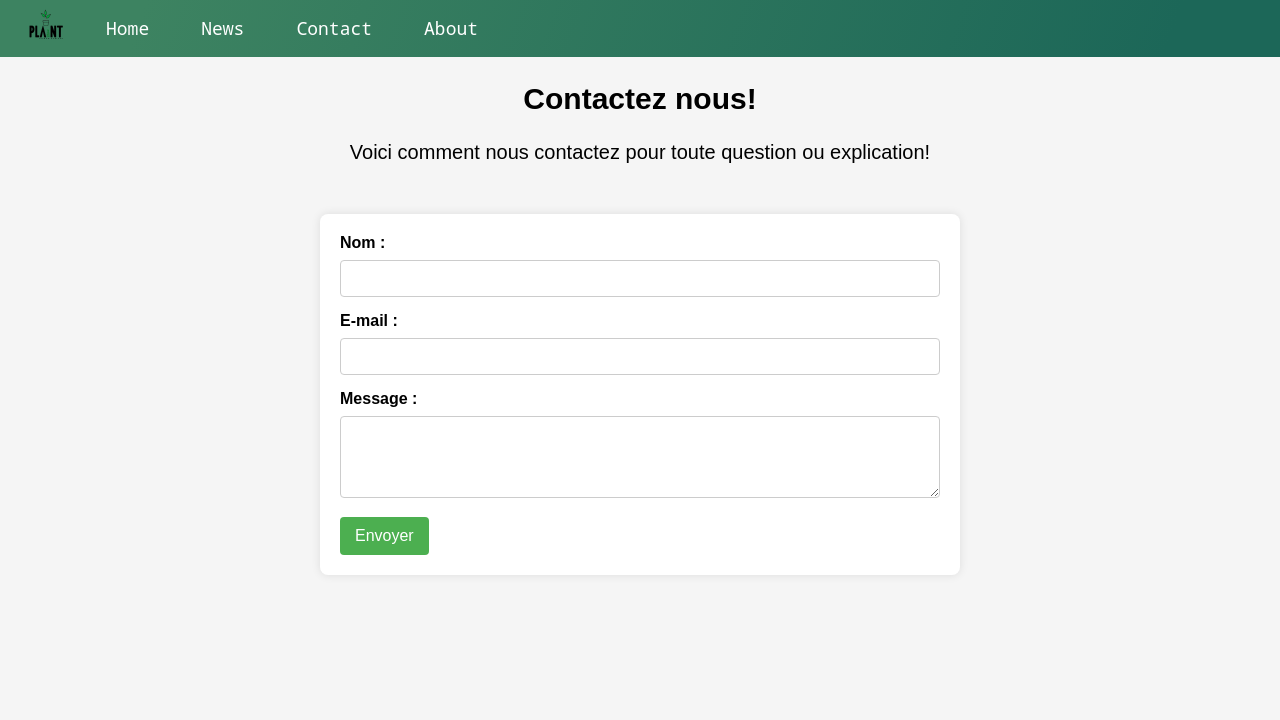
Repository: Flexo874/ISITECH-HTML-CSS
Page: contact/contact.html
An editor plug-in stored every save of this project. The page is shown before and after the next save, followed by the edit.
The browser window is 1280 px wide. The pictures show the whole page.

Above is the page before, as saved 2024-01-04 12:29:31.

After the next save:
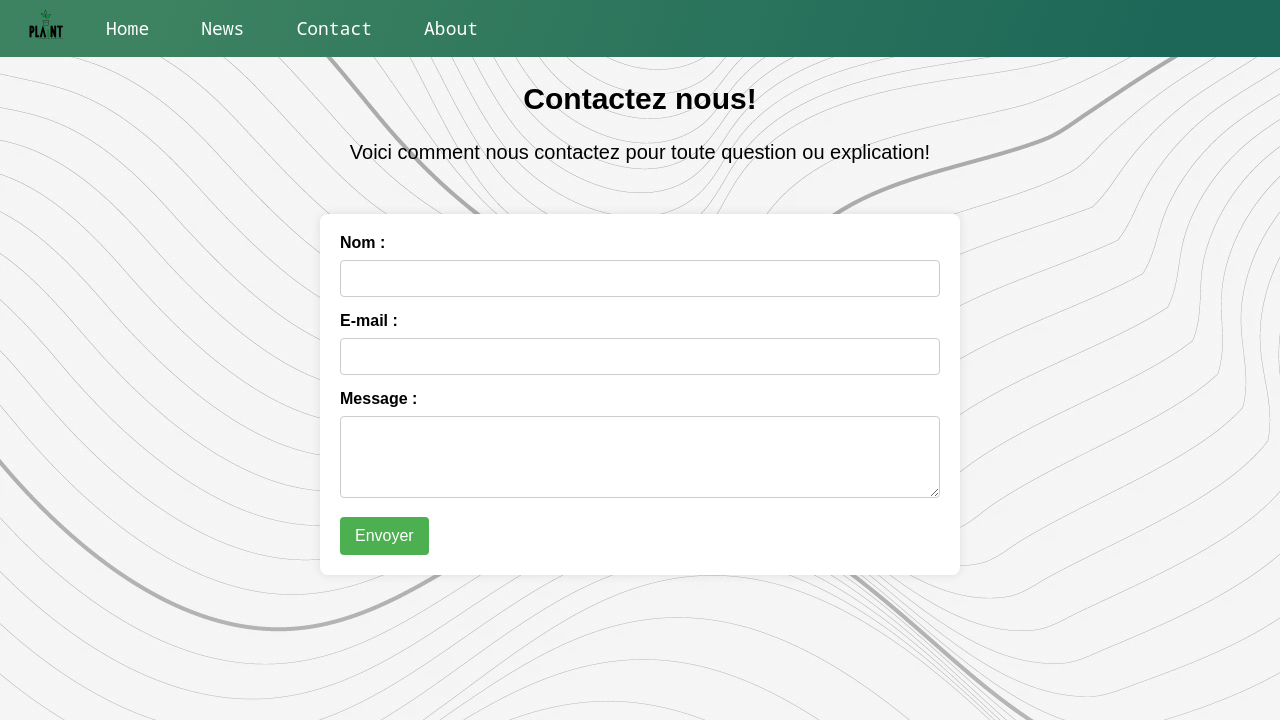
Saved 83 s later.
--- a/contact/styles.css
+++ b/contact/styles.css
@@ -3,7 +3,7 @@ body {
     background-color: #f5f5f5;
     margin: 0;
     padding: 0;
-    background-image:
+    background-image: url(../images/lines.webp);
 }
 
 form {
